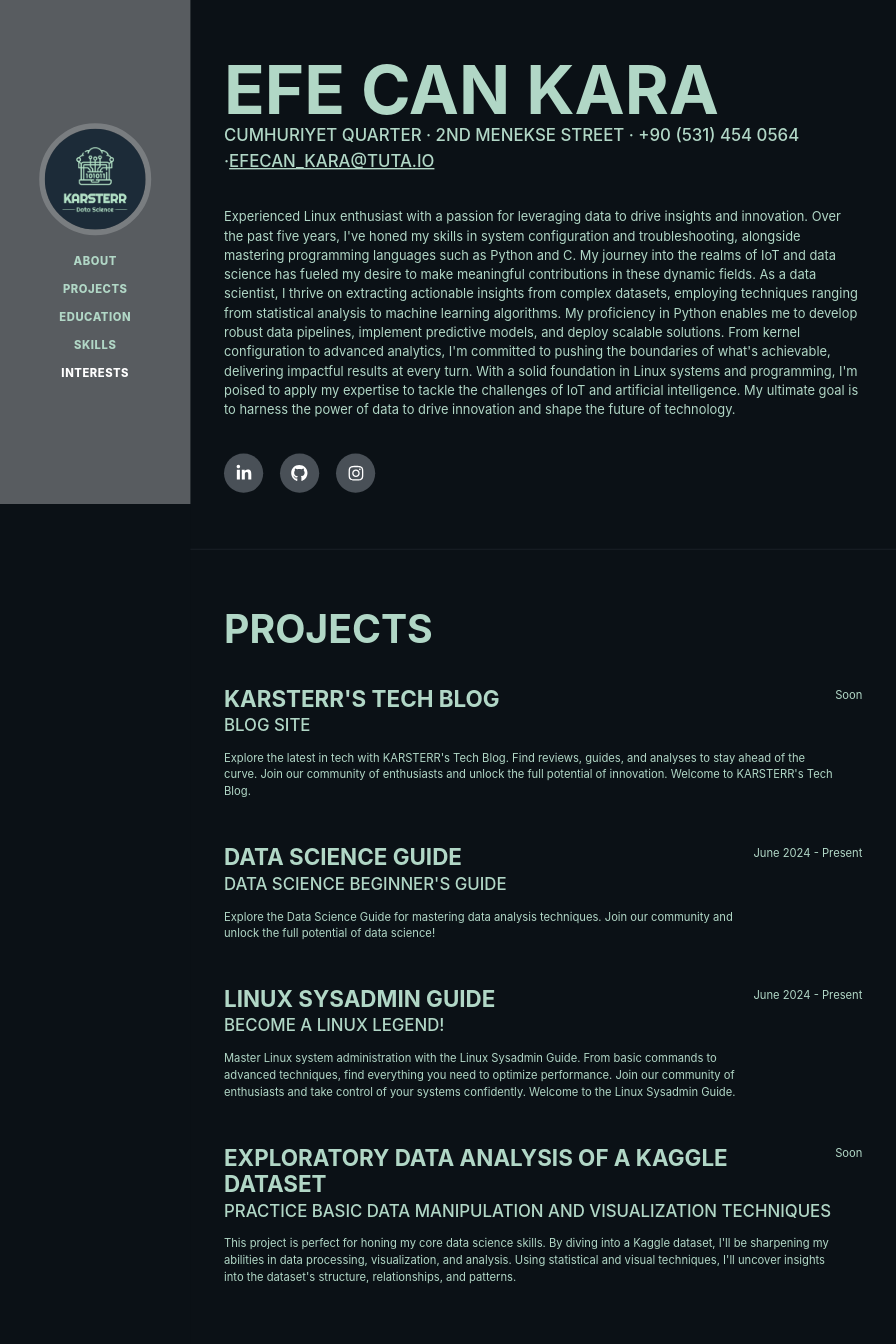
Repository: karsterr/karsterr.github.io
Page: index.html
The author's editor kept a copy of each file at every save. The page is drawn from the files as they stood at one save, then again after the next save.
The browser window is 1280 px wide. The pictures show the part of the page from y = 0 to 1920 px (the page is 4096 px tall), at 70% of full size.
Some web fonts or font styles are not loaded; a fallback is used. Some web libraries are served in a nearby version.

Above is the page before, as saved 2024-05-27 22:19:02.

### index.html
<!DOCTYPE html>
<html lang="en">
    <head>
        <meta charset="utf-8"/>
        <meta name="viewport" content="width=device-width, initial-scale=1, shrink-to-fit=no"/>
        <meta name="description" content=""/>
        <meta name="author" content=""/>
        <title>Efe Can Kara</title>
        <link rel="icon" type="image/x-icon" href="assets/img/KARSTERR.png"/>
        <script src="https://use.fontawesome.com/releases/v6.3.0/js/all.js" crossorigin="anonymous"></script>
        <link href="css/theme.css" rel="stylesheet" type="text/css">
        <link href="https://fonts.googleapis.com/css?family=Saira+Extra+Condensed:500,700" rel="stylesheet" type="text/css"/>
        <link href="https://fonts.googleapis.com/css?family=Muli:400,400i,800,800i" rel="stylesheet" type="text/css"/>
        <link href="css/styles.css" rel="stylesheet"/>
    </head>
    <body id="page-top">
        <!-- Navigation-->
        <nav class="navbar navbar-expand-lg navbar-dark bg-primary fixed-top" id="sideNav"><a class="navbar-brand js-scroll-trigger" href="#page-top"> <span class="d-block d-lg-none">Efe Can Kara</span> <span class="d-none d-lg-block"><img class="img-fluid img-profile rounded-circle mx-auto mb-2" src="assets/img/KARSTERR.png" alt="..."/></span> </a>
            <button class="navbar-toggler" type="button" data-bs-toggle="collapse" data-bs-target="#navbarResponsive" aria-controls="navbarResponsive" aria-expanded="false" aria-label="Toggle navigation">
                <span class="navbar-toggler-icon"></span>
            </button>
            <div class="collapse navbar-collapse" id="navbarResponsive">
                <ul class="navbar-nav">
                    <li class="nav-item">
                        <a class="nav-link js-scroll-trigger" href="#about">About</a>
                    </li>
                    <li class="nav-item">
                        <a class="nav-link js-scroll-trigger" href="#projects">Projects</a>
                    </li>
                    <li class="nav-item">
                        <a class="nav-link js-scroll-trigger" href="#education">Education</a>
                    </li>
                    <li class="nav-item">
                        <a class="nav-link js-scroll-trigger" href="#skills">Skills</a>
                    </li>
                    <li class="nav-item">
                        <a class="nav-link js-scroll-trigger" href="#interests">Interests</a>
                    </li>
                </ul>
            </div>
        </nav>
        <!-- Page Content-->
        <div class="container-fluid p-0">
            <!-- About-->
            <section class="resume-section" id="about">
                <div class="resume-section-content">
                    <h1 class="mb-0">
                        Efe Can <span class="text-primary">Kara</span> </h1>
                    <div class="subheading mb-5">
                        Cumhuriyet Quarter ·  2nd Menekse Street · +90 (531) 454 0564 ·<a href="mailto:name@email.com">efecan_kara@tuta.io</a>
                    </div>
                    <p class="lead mb-5">Experienced Linux enthusiast with a passion for leveraging data to drive insights and innovation. Over the past five years, I've honed my skills in system configuration and troubleshooting, alongside mastering programming languages such as Python and C. My journey into the realms of IoT and data science has fueled my desire to make meaningful contributions in these dynamic fields. As a data scientist, I thrive on extracting actionable insights from complex datasets, employing techniques ranging from statistical analysis to machine learning algorithms. My proficiency in Python enables me to develop robust data pipelines, implement predictive models, and deploy scalable solutions. From kernel configuration to advanced analytics, I'm committed to pushing the boundaries of what's achievable, delivering impactful results at every turn. With a solid foundation in Linux systems and programming, I'm poised to apply my expertise to tackle the challenges of IoT and artificial intelligence. My ultimate goal is to harness the power of data to drive innovation and shape the future of technology.</p>
                    <div class="social-icons"><a target="_blank" class="social-icon" href="https://www.linkedin.com/in/karsterr/"><i class="fab fa-linkedin-in"></i></a><a target="_blank" class="social-icon" href="https://github.com/karsterr"><i class="fab fa-github"></i></a><a target="_blank" class="social-icon" href="https://www.instagram.com/karsterr_/"><i class="fab fa-instagram"></i></a>
                    </div>
                </div>
            </section>
            <hr class="m-0"/>
            <!-- Projects-->
            <section class="resume-section" id="projects">
                <div class="resume-section-content">
                    <h2 class="mb-5">Projects</h2>
                    <div class="d-flex flex-column flex-md-row justify-content-between mb-5">
                        <div class="flex-grow-1">
                            <h3 class="mb-0">KARSTERR's Tech Blog</h3>
                            <div class="subheading mb-3">Blog Site</div>
                            <p>Explore the latest in tech with KARSTERR's Tech Blog. Find reviews, guides, and analyses to stay ahead of the curve. Join our community of enthusiasts and unlock the full potential of innovation. Welcome to KARSTERR's Tech Blog.</p>
                        </div>
                        <div class="flex-shrink-0">
                            <span class="text-primary">Soon</span>
                        </div>
                    </div>
                    <div class="d-flex flex-column flex-md-row justify-content-between mb-5">
                        <div class="flex-grow-1">
                            <h3 class="mb-0">Data Science Guide</h3>
                            <div class="subheading mb-3">Data Science Beginner's Guide</div>
                            <p>Explore the Data Science Guide for mastering data analysis techniques. Join our community and unlock the full potential of data science!</p>
                        </div>
                        <div class="flex-shrink-0">
                            <span class="text-primary">June 2024 - Present</span>
                        </div>
                    </div>
                    <div class="d-flex flex-column flex-md-row justify-content-between mb-5">
                        <div class="flex-grow-1">
                            <h3 class="mb-0">Linux Sysadmin Guide</h3>
                            <div class="subheading mb-3">Become a Linux Legend!</div>
                            <p>Master Linux system administration with the Linux Sysadmin Guide. From basic commands to advanced techniques, find everything you need to optimize performance. Join our community of enthusiasts and take control of your systems confidently. Welcome to the Linux Sysadmin Guide.</p>
                        </div>
                        <div class="flex-shrink-0">
                            <span class="text-primary">June 2024 - Present</span>
                        </div>
                    </div>
                    <div class="d-flex flex-column flex-md-row justify-content-between">
                        <div class="flex-grow-1">
                            <h3 class="mb-0">Exploratory Data Analysis of a Kaggle Dataset</h3>
                            <div class="subheading mb-3">Practice basic data manipulation and visualization techniques</div>
                            <p>This project is perfect for honing my core data science skills. By diving into a Kaggle dataset, I'll be sharpening my abilities in data processing, visualization, and analysis. Using statistical and visual techniques, I'll uncover insights into the dataset's structure, relationships, and patterns.</p>
                        </div>
                        <div class="flex-shrink-0">
                            <span class="text-primary">Soon</span>
                        </div>
                    </div>
                </div>
            </section>
            <hr class="m-0"/>
            <!-- Education-->
            <section class="resume-section" id="education">
                <div class="resume-section-content">
                    <h2 class="mb-5">Education</h2>
                    <div class="d-flex flex-column flex-md-row justify-content-between mb-5">
                        <div class="flex-grow-1">
                            <h3 class="mb-0">Sivas Cumhuriyet University</h3>
                            <div class="subheading mb-3">Bachelor's Degree</div>
                            <div style="color: #b1d7c6;">IT Systems and Technologies - Data Scientist Candidate</div>
                            <p>Current GPA: 2.31</p>
                        </div>
                        <div class="flex-shrink-0">
                            <span class="text-primary">September 2022 - Present</span>
                        </div>
                    </div>
                </div>
            </section>
            <hr class="m-0"/>
            <!-- Skills-->
            <section class="resume-section" id="skills">
                <div class="resume-section-content" style="color: #b1d7c6;">
                    <h2 class="mb-5">Skills</h2>
                    <div class="subheading mb-3" style="color: #b1d7c6;">Programming Languages & Tools</div>
                    <ul class="list-inline dev-icons" style="color: #b1d7c6;">
                        <li class="list-inline-item">
                            <i class="fab fa-html5"></i>
                        </li>
                        <li class="list-inline-item">
                            <i class="fab fa-css3-alt"></i>
                        </li>
                        <li class="list-inline-item">
                            <i class="fab fa-js-square"></i>
                        </li>
                        <li class="list-inline-item">
                            <i class="fab fa-node-js"></i>
                        </li>
                        <li class="list-inline-item">
                            <i class="fab fa-wordpress"></i>
                        </li>
                        <li class="list-inline-item">
                            <i class="fab fa-python"></i>
                        </li>
                        <li class="list-inline-item">
                            <i class="fab fa-npm"></i>
                        </li>
                        <li class="list-inline-item">
                            <i class="fab fa-git"></i>
                        </li>
                        <li class="list-inline-item">
                            <i class="fab fa-github"></i>
                        </li>
                        <li class="list-inline-item">
                            <i class="fab fa-r-project"></i>
                        </li>
                        <li class="list-inline-item">
                            <i class="fab fa-bootstrap"></i>
                        </li>
                        <li class="list-inline-item">
                            <i class="fab fa-js"></i>
                        </li>
                        <li class="list-inline-item">
                            <i class="fab fa-php"></i>
                        </li>
                    </ul>
                </ul>
                <div class="subheading mb-3" style="color: #b1d7c6;">Workflow</div>
                <ul class="fa-ul mb-0">
                    <li><span class="fa-li"><i class="fas fa-check" style="color: #b1d7c6;"></i></span>
                        Data Collection and Cleaning
                    </li>
                    <li><span class="fa-li" style="color: #b1d7c6;"><i class="fas fa-check"></i></span>
                        Exploratory Data Analysis (EDA)
                    </li>
                    <li><span class="fa-li"><i class="fas fa-check" style="color: #b1d7c6;"></i></span>
                        Model Development and Evaluation
                    </li>
                    <li><span class="fa-li"><i class="fas fa-check" style="color: #b1d7c6;"></i></span>
                        Deployment and Monitoring
                    </li>
                </ul>
        </div>
    </section>
    <hr class="m-0"/>
    <!-- Interests-->
    <section class="resume-section" id="interests" style="color: #b1d7c6;">
        <div class="resume-section-content">
            <h2 class="mb-5">Interests</h2>
            <li class="list-inline-item">
                <i class="fas fa-code fa-2x"></i>
            </li>
            <li class="list-inline-item">
                <i class="fas fa-gamepad fa-2x"></i>
            </li>
            <li class="list-inline-item">
                <i class="fas fa-guitar fa-2x"></i>
            </li>
            <li class="list-inline-item">
                <i class="fas fa-campground fa-2x"></i>
            </li>
            <p>My interests span programming, gaming, bass guitar, and camping. Programming fuels my creativity and problem-solving, gaming offers immersive experiences, bass guitar lets me express myself musically, and camping connects me with nature and adventure.</p>
        </div>
    </section>
    <hr class="m-0"/>
    <!-- Bootstrap core JS-->
    <script src="https://cdn.jsdelivr.net/npm/bootstrap@5.2.3/dist/js/bootstrap.bundle.min.js"></script>
    <!-- Core theme JS-->
    <script src="js/scripts.js"></script>
</body>

### css/theme.css

/*! normalize.css v8.0.1 | MIT License | github.com/necolas/normalize.css */html{line-height:1.15;-webkit-text-size-adjust:100%;}body{margin:0;}main{display:block;}h1{font-size:2em;margin:.67em 0;}hr{box-sizing:content-box;height:0;overflow:visible;}pre{font-family:monospace,monospace;font-size:1em;}a{background-color:transparent;}abbr[title]{border-bottom:none;text-decoration:underline;text-decoration:underline dotted;}b,strong{font-weight:bolder;}code,kbd,samp{font-family:monospace,monospace;font-size:1em;}small{font-size:80%;}sub,sup{font-size:75%;line-height:0;position:relative;vertical-align:baseline;}sub{bottom:-.25em;}sup{top:-.5em;}img{border-style:none;}button,input,optgroup,select,textarea{font-family:inherit;font-size:100%;line-height:1.15;margin:0;}button,input{overflow:visible;}button,select{text-transform:none;}[type=button],[type=reset],[type=submit],button{-webkit-appearance:button;}[type=button]::-moz-focus-inner,[type=reset]::-moz-focus-inner,[type=submit]::-moz-focus-inner,button::-moz-focus-inner{border-style:none;padding:0;}[type=button]:-moz-focusring,[type=reset]:-moz-focusring,[type=submit]:-moz-focusring,button:-moz-focusring{outline:1px dotted ButtonText;}fieldset{padding:.35em .75em .625em;}legend{box-sizing:border-box;color:inherit;display:table;max-width:100%;padding:0;white-space:normal;}progress{vertical-align:baseline;}textarea{overflow:auto;}[type=checkbox],[type=radio]{box-sizing:border-box;padding:0;}[type=number]::-webkit-inner-spin-button,[type=number]::-webkit-outer-spin-button{height:auto;}[type=search]{-webkit-appearance:textfield;outline-offset:-2px;}[type=search]::-webkit-search-decoration{-webkit-appearance:none;}::-webkit-file-upload-button{-webkit-appearance:button;font:inherit;}details{display:block;}summary{display:list-item;}template{display:none;}[hidden]{display:none;}

*, *::before, *::after {
    box-sizing: border-box;
}
:root {
    --primary: #0d6efd;
    --secondary: #6c757d;
    --color3: #0dcaf0;
    --color4: #198754;
    --white: white;
    --light: #f8f9fa;
    --dark: #212529;
}body, html {
    min-height: 100vh;
}

### js/scripts.js
/*!
* Start Bootstrap - Resume v7.0.6 (https://startbootstrap.com/theme/resume)
* Copyright 2013-2023 Start Bootstrap
* Licensed under MIT (https://github.com/StartBootstrap/startbootstrap-resume/blob/master/LICENSE)
*/
//
// Scripts
//

window.addEventListener('DOMContentLoaded', event => {

    // Activate Bootstrap scrollspy on the main nav element
    const sideNav = document.body.querySelector('#sideNav');
    if (sideNav) {
        new bootstrap.ScrollSpy(document.body, {
            target: '#sideNav',
            rootMargin: '0px 0px -40%',
        });
    };

    // Collapse responsive navbar when toggler is visible
    const navbarToggler = document.body.querySelector('.navbar-toggler');
    const responsiveNavItems = [].slice.call(
        document.querySelectorAll('#navbarResponsive .nav-link')
    );
    responsiveNavItems.map(function (responsiveNavItem) {
        responsiveNavItem.addEventListener('click', () => {
            if (window.getComputedStyle(navbarToggler).display !== 'none') {
                navbarToggler.click();
            }
        });
    });

});

Loaded but not shown: css/styles.css (library)

After the next save:
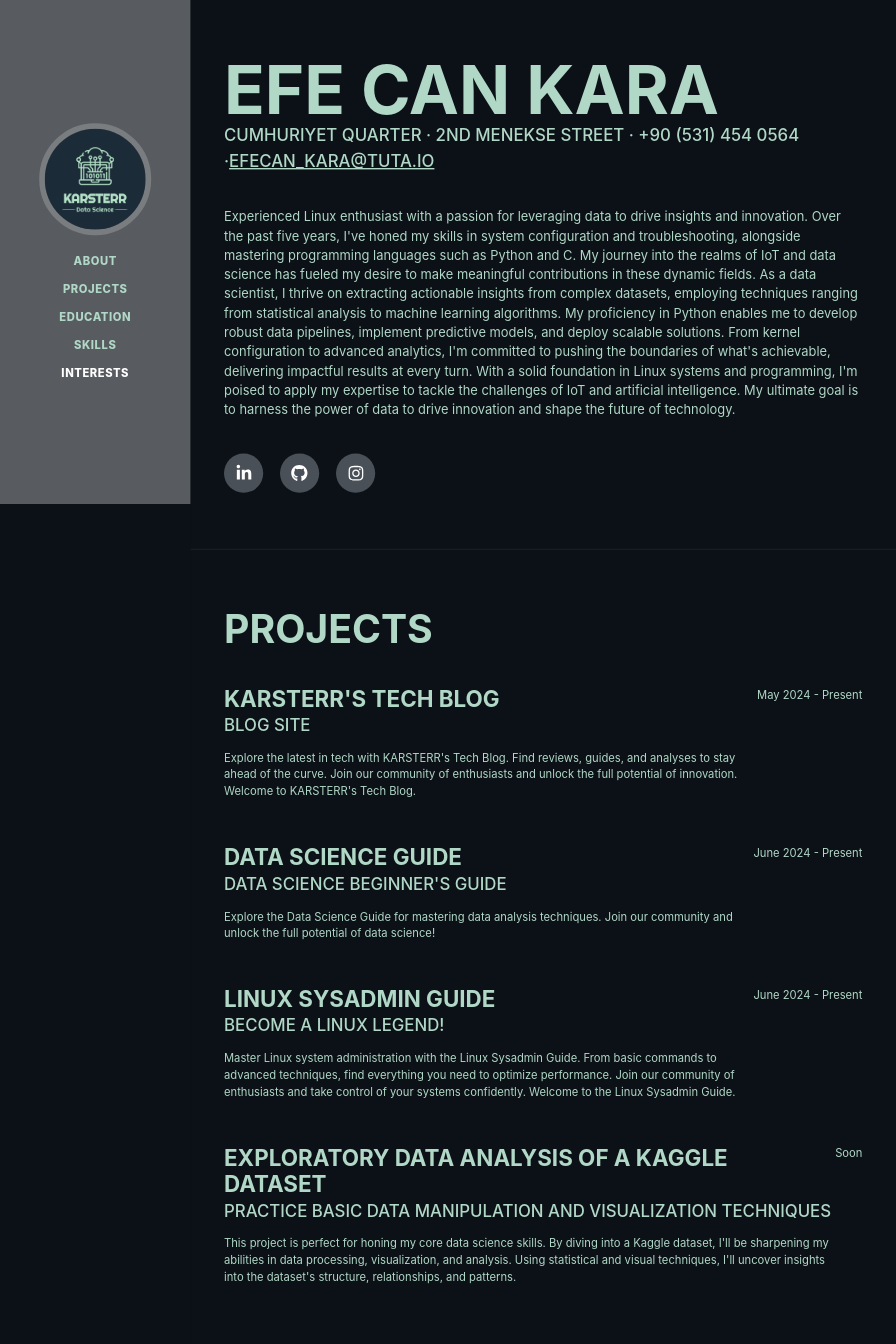
Saved 18 h 12 min later.
--- a/index.html
+++ b/index.html
@@ -66,7 +66,7 @@
                             <p>Explore the latest in tech with KARSTERR's Tech Blog. Find reviews, guides, and analyses to stay ahead of the curve. Join our community of enthusiasts and unlock the full potential of innovation. Welcome to KARSTERR's Tech Blog.</p>
                         </div>
                         <div class="flex-shrink-0">
-                            <span class="text-primary">Soon</span>
+                            <span class="text-primary">May 2024 - Present</span>
                         </div>
                     </div>
                     <div class="d-flex flex-column flex-md-row justify-content-between mb-5">
